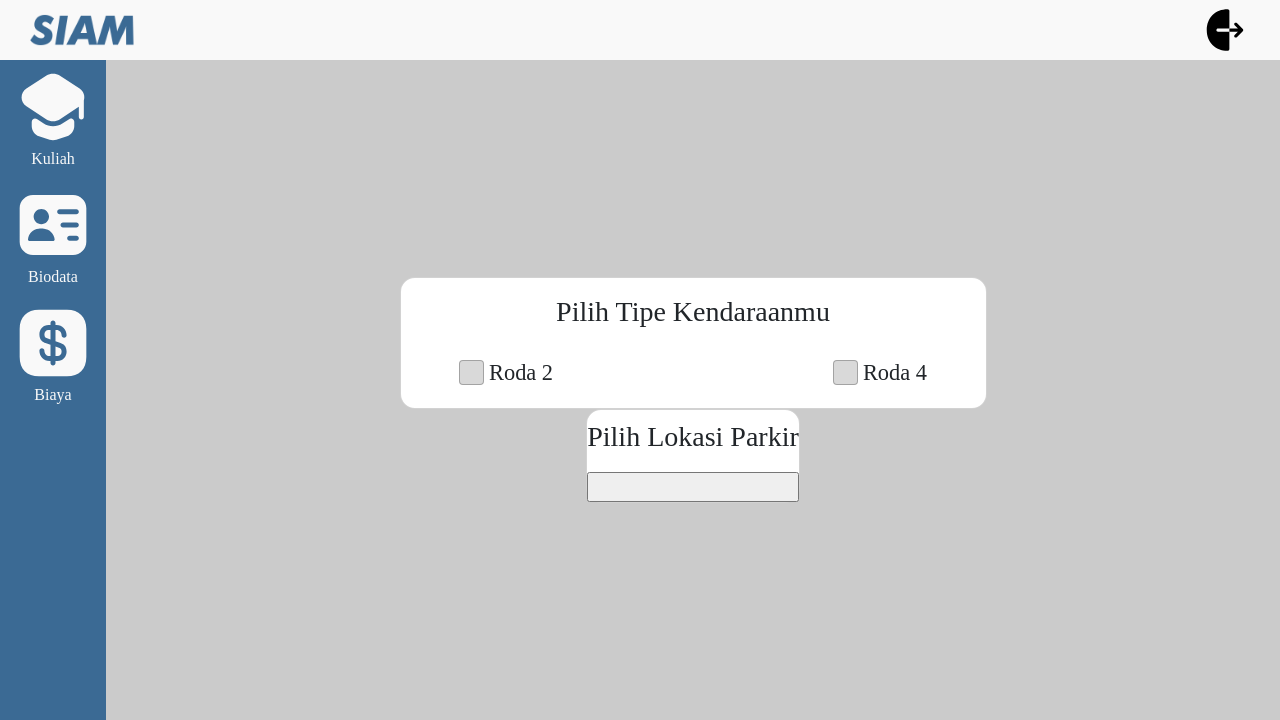
Repository: haikalirf/Project-IMK
Page: parkir.html
The author's editor kept a copy of each file at every save. The page is drawn from the files as they stood at one save, then again after the next save.
The browser window is 1280 px wide. The pictures show the whole page.
Some web fonts or font styles are not loaded; a fallback is used.

Above is the page before, as saved 2022-12-12 22:46:15.

After the next save:
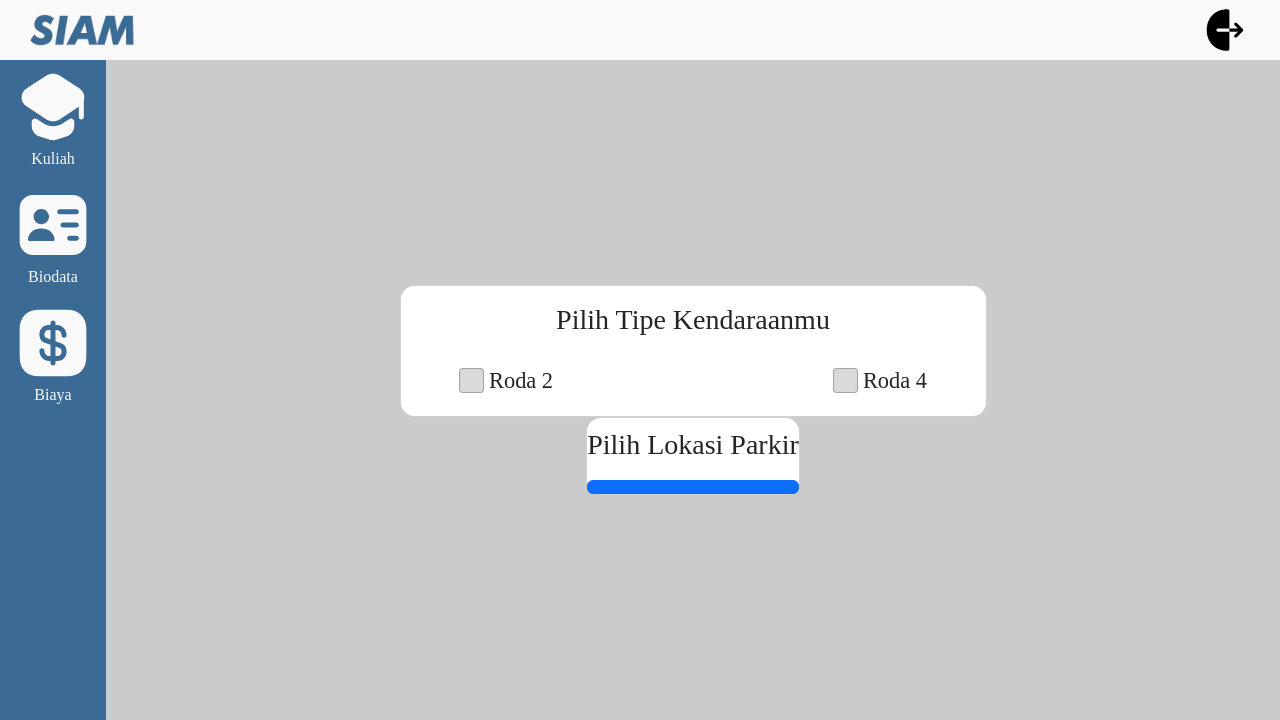
Saved 31 s later.
--- a/parkir.html
+++ b/parkir.html
@@ -55,7 +55,7 @@
 			<div>
 
 			</div>
-			<input type="button">
+			<button type="button" class="btn btn-primary"></button>
 		</div>
 	</main>
 	<script src="https://cdn.jsdelivr.net/npm/bootstrap@5.2.3/dist/js/bootstrap.bundle.min.js" integrity="sha384-kenU1KFdBIe4zVF0s0G1M5b4hcpxyD9F7jL+jjXkk+Q2h455rYXK/7HAuoJl+0I4" crossorigin="anonymous"></script>
